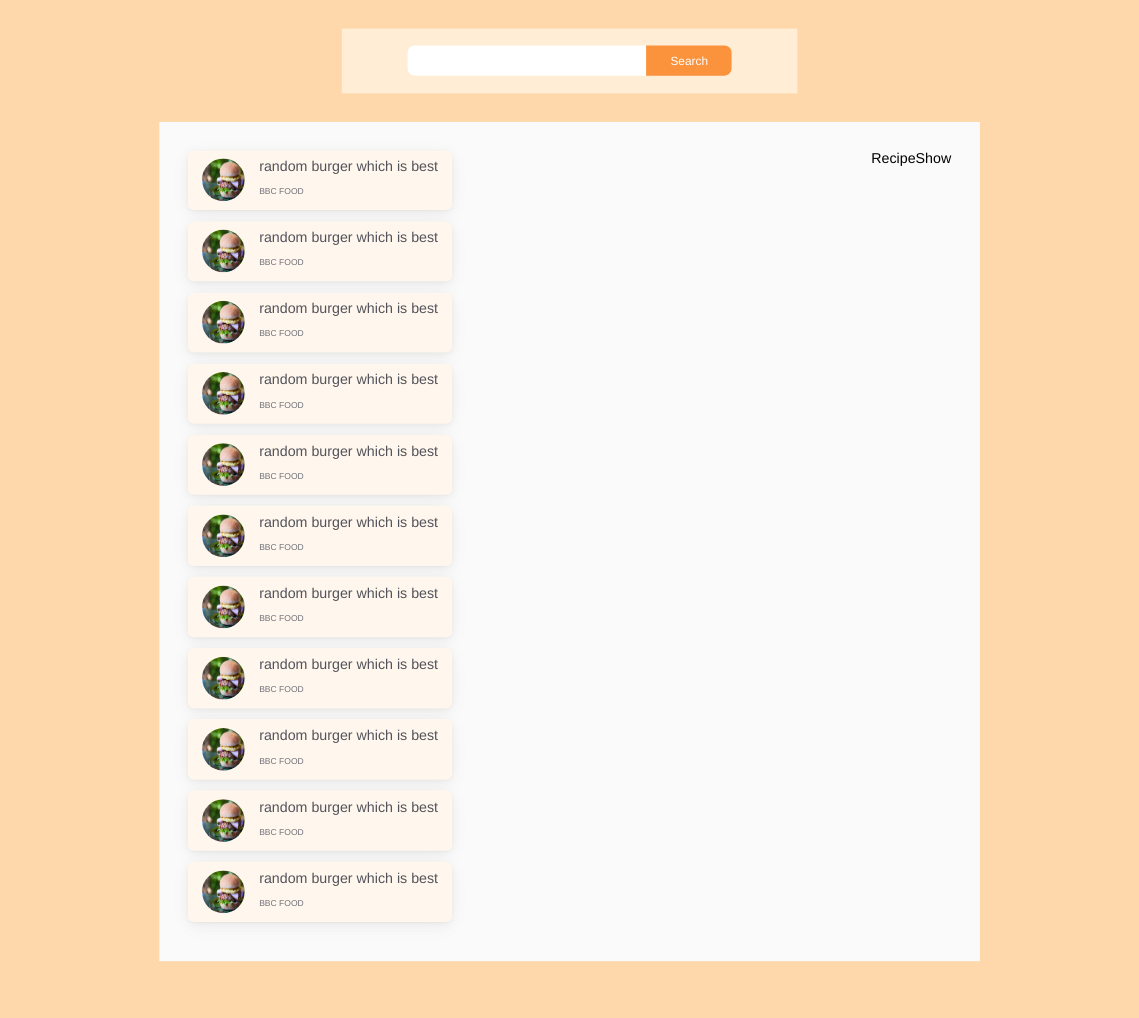
Repository: sandipkarmokar/recipeApp
Page: /
An editor plug-in stored every save of this project. The page is shown before and after the next save, followed by the edit.
The browser window is 1280 px wide. The pictures show the whole page, at 89% of full size.
The project was rebuilt for these pictures with package versions that can differ from the ones it lists, and the page was loaded fresh each time.

Above is the page before, as saved 2022-04-16 12:23:46.

### src/App.js
import { useState } from 'react';
import './App.css';
import SearchBar from './components/searchBar';
import ListView from './components/listView';
import RecipeShow from './components/recipeShow';

const App = () => {
    const [query, setQuery] = useState('');
    const [recipeList, setRecipeList] = useState([]);
    const [isLoading, setIsLoading] = useState(true);
    const [recipeId, setRecipeId] = useState('');

    const url = `https://forkify-api.herokuapp.com/api/search?q=${query}`;
    const recipeUrl = `https://forkify-api.herokuapp.com/api/get?rId=${recipeId}`;

    return (
        <div className="app">
            <div className="app-container">
                <SearchBar></SearchBar>
                <div className="recipe-modal">
                    <ListView></ListView>
                    <RecipeShow></RecipeShow>
                </div>
            </div>
        </div>
    );
};

export default App;

### src/App.css
* {
    margin: 0;
    padding: 0;
    box-sizing: border-box;
    font-family: Helvetica, sans-serif;
}

.app {
    height: 100%;
    width: 100vw;
    background-color: #fed7aa;
}

.app .app-container {
    margin: 0 auto;
    width: 80%;
    padding: 2rem 0;
    display: flex;
    justify-content: center;
    flex-direction: column;
}

.app .app-container .searchBar {
    width: 50%;
    background-color: #ffedd5;
    padding: 1.2rem 1rem;
    margin: 0 auto;
    width: 50%;
    display: flex;
    justify-content: center;
}
.app .app-container .searchBar .searchBar-container {
    width: 80%;
    margin: 0 auto;
    display: flex;
    justify-content: center;
}
.app .app-container .searchBar .searchBar-container input {
    width: 70%;
    padding: 0.4rem 1rem;
    border: none;
    border-radius: 0.5rem 0 0 0.5rem;
}

.app .app-container .searchBar .searchBar-container button {
    width: 25%;
    padding: 0.6rem 1rem;
    background-color: #fb923c;
    border: none;
    color: #fff;
    border-radius: 0 0.5rem 0.5rem 0;
}

.app .app-container .recipe-modal {
    width: 90%;
    background-color: #fafafa;
    margin: 2rem auto;
    display: flex;
    justify-content: space-between;
    padding: 2rem;
}
/*
.app .app-container .recipe-modal .recipeList {
    width: %;
} */

.app
    .app-container
    .recipe-modal
    .recipeList
    .recipeList-container
    .recipe-item {
    display: flex;
    background-color: #fff7ed;
    padding: 0.6rem 1rem;
    margin-bottom: 0.8rem;
    box-shadow: 0px 5px 24px rgba(0, 0, 0, 0.04),
        0px 3.24074px 14.0556px rgba(0, 0, 0, 0.0303704),
        0px 1.92593px 7.64444px rgba(0, 0, 0, 0.0242963),
        0px 1px 3.9px rgba(0, 0, 0, 0.02),
        0px 0.407407px 1.95556px rgba(0, 0, 0, 0.0157037),
        0px 0.0925926px 0.944444px rgba(0, 0, 0, 0.00962963);
    border-radius: 0.4rem;
}
.app
    .app-container
    .recipe-modal
    .recipeList
    .recipeList-container
    .recipe-item
    img {
    height: 48px;
    width: 48px;
    border-radius: 100%;
}
.app
    .app-container
    .recipe-modal
    .recipeList
    .recipeList-container
    .recipe-item
    .info {
    display: flex;
    flex-direction: column;
    margin-left: 1rem;
}
.app
    .app-container
    .recipe-modal
    .recipeList
    .recipeList-container
    .recipe-item
    .info
    .title {
    color: #52525b;
    font-size: 1rem;
}
.app
    .app-container
    .recipe-modal
    .recipeList
    .recipeList-container
    .recipe-item
    .info
    .publisher {
    color: #71717a;
    font-size: 0.6rem;
    margin-top: 0.8rem;
}

### src/components/searchBar.js
import React from 'react';

const SearchBar = () => {
    return (
        <div className="searchBar">
            <form className="searchBar-container">
                <input type="text" />
                <button type="submit">Search</button>
            </form>
        </div>
    );
};

export default SearchBar;

### src/components/listView.js
import React from 'react';
import data from './data';

const ListView = () => {
    return (
        <div className="recipeList">
            <div className="recipeList-container">
                {data.map((el) => {
                    console.log(data);
                    return (
                        <div className="recipe-item">
                            <img src={el.img} alt="" />
                            <div className="info">
                                <p className="title">{el.title}</p>
                                <p className="publisher">{el.publisher}</p>
                            </div>
                        </div>
                    );
                })}
            </div>
        </div>
    );
};

export default ListView;

### src/components/recipeShow.js
import React from 'react';

const RecipeShow = () => {
    return <div>RecipeShow</div>;
};

export default RecipeShow;

### src/components/data.js
import image from '../components/food.jpg';

const data = [
    {
        id: 1,
        img: image,
        title: 'random burger which is best',
        publisher: 'BBC FOOD',
    },
    {
        id: 1,
        img: image,
        title: 'random burger which is best',
        publisher: 'BBC FOOD',
    },
    {
        id: 1,
        img: image,
        title: 'random burger which is best',
        publisher: 'BBC FOOD',
    },
    {
        id: 1,
        img: image,
        title: 'random burger which is best',
        publisher: 'BBC FOOD',
    },
    {
        id: 1,
        img: image,
        title: 'random burger which is best',
        publisher: 'BBC FOOD',
    },
    {
        id: 1,
        img: image,
        title: 'random burger which is best',
        publisher: 'BBC FOOD',
    },
    {
        id: 1,
        img: image,
        title: 'random burger which is best',
        publisher: 'BBC FOOD',
    },
    {
        id: 1,
        img: image,
        title: 'random burger which is best',
        publisher: 'BBC FOOD',
    },
    {
        id: 1,
        img: image,
        title: 'random burger which is best',
        publisher: 'BBC FOOD',
    },
    {
        id: 1,
        img: image,
        title: 'random burger which is best',
        publisher: 'BBC FOOD',
    },
    {
        id: 1,
        img: image,
        title: 'random burger which is best',
        publisher: 'BBC FOOD',
    },
];

export default data;

Loaded but not shown: public/index.html (common file); src/index.js (common file); src/index.css (common file); src/reportWebVitals.js (common file)

After the next save:
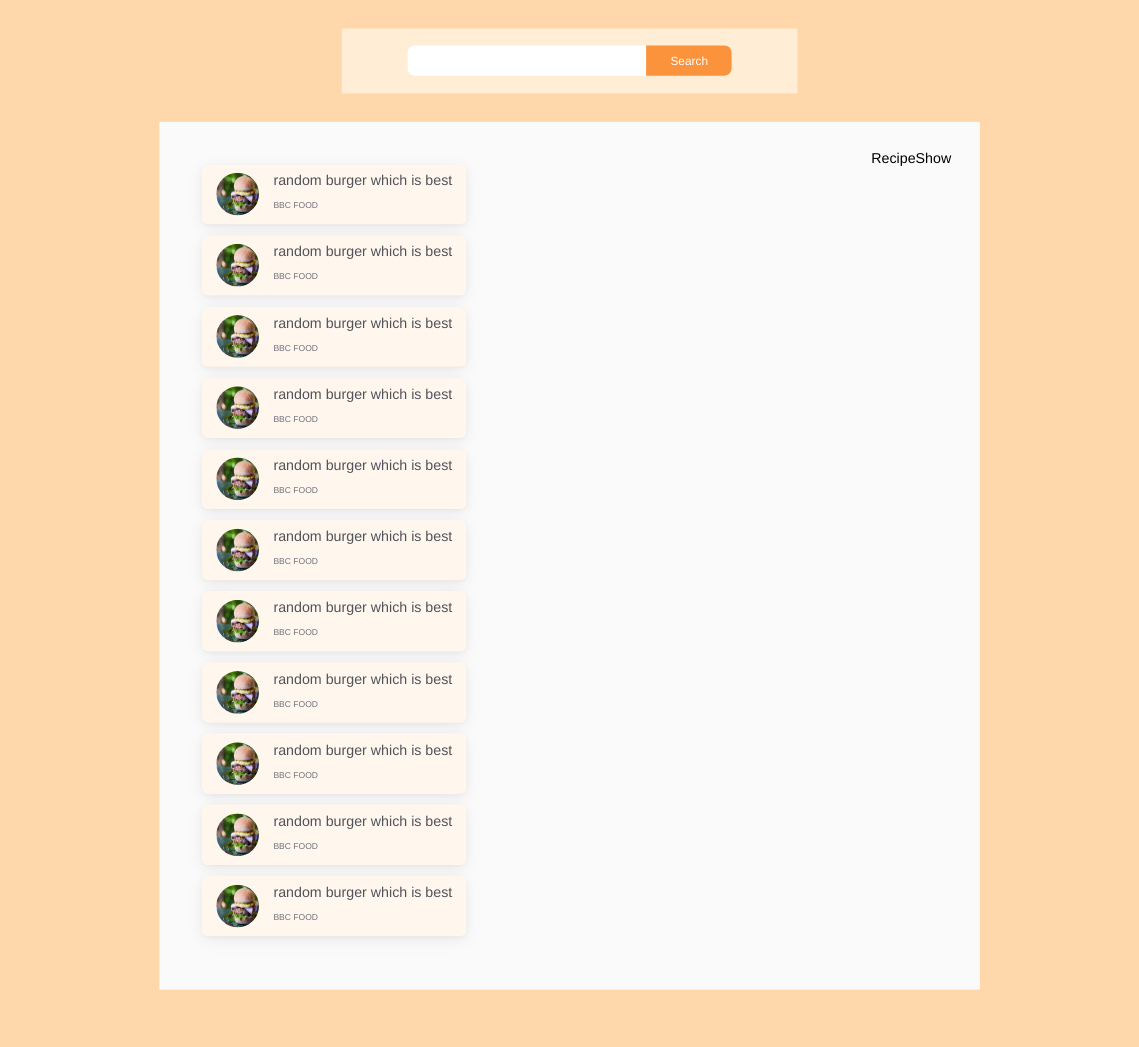
Saved 50 s later.
--- a/src/App.css
+++ b/src/App.css
@@ -59,10 +59,10 @@
     justify-content: space-between;
     padding: 2rem;
 }
-/*
+
 .app .app-container .recipe-modal .recipeList {
-    width: %;
-} */
+    padding: 1rem;
+}
 
 .app
     .app-container
